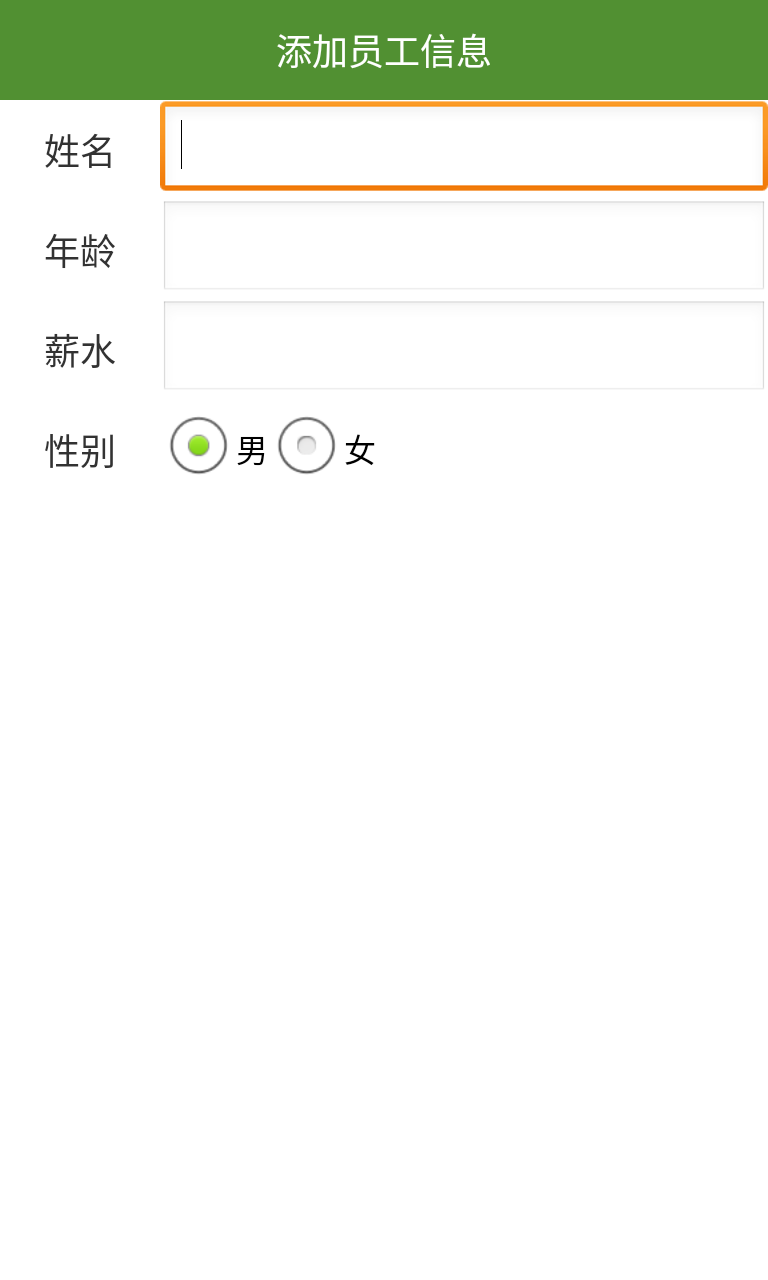
Repository: xuelang201201/Android
Layout: Android网络/android_day03_ems/res/layout/activity_add_emp.xml
These files come from the project's save history. The layout is drawn as it stood at one moment and after a run of saves; the edit follows.
It is drawn on a 768 x 1280 px phone screen (xhdpi) without system bars, with theme android:Theme.Light.NoTitleBar; the app's code is not run.

Above is the layout before, as saved 2016-03-02 08:59:14.

After the next 2 saves:
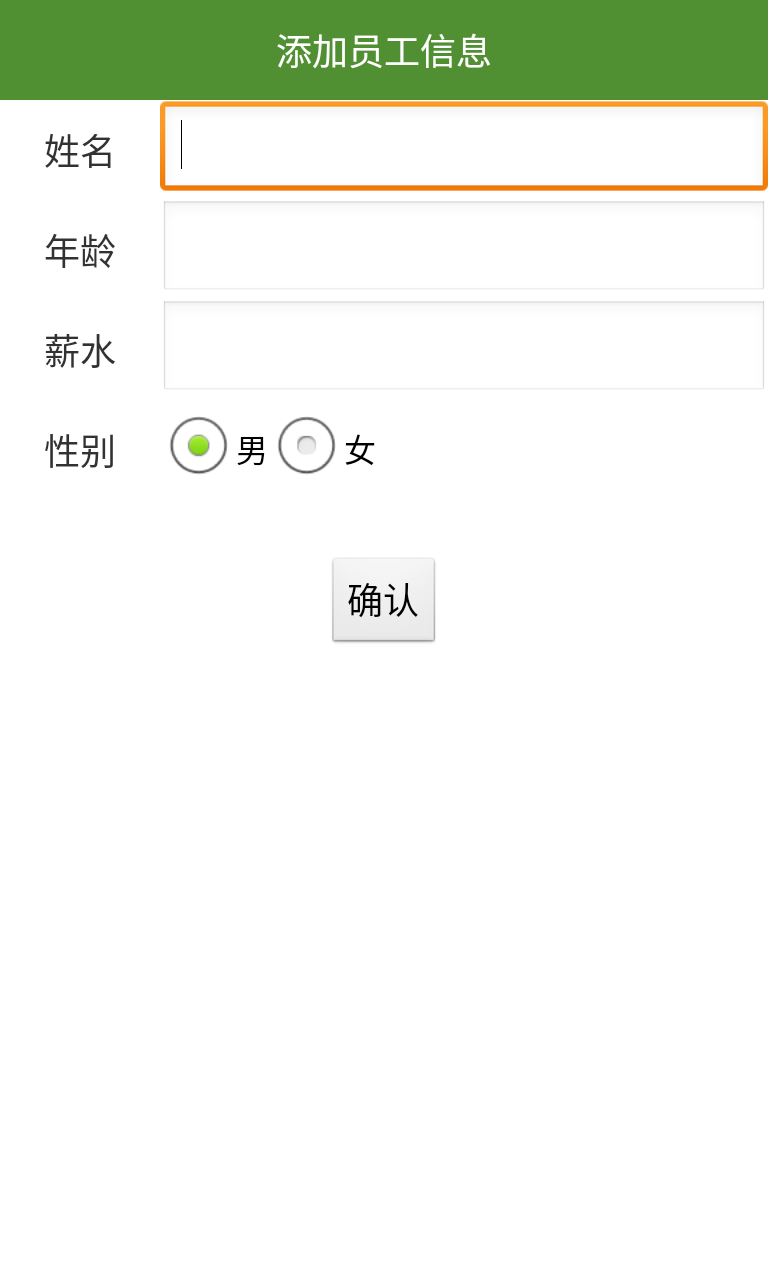
The 2 saves are shown as one change because they came seconds apart.
The last was saved 2 min 16 s later.
--- a/Android网络/android_day03_ems/res/layout/activity_add_emp.xml
+++ b/Android网络/android_day03_ems/res/layout/activity_add_emp.xml
@@ -84,8 +84,8 @@
         android:layout_width="wrap_content"
         android:layout_height="wrap_content"
         android:layout_below="@+id/tv_add_emp_salary"
-        android:orientation="horizontal"
-        android:layout_toRightOf="@+id/tv_add_emp_salary" >
+        android:layout_toRightOf="@+id/tv_add_emp_salary"
+        android:orientation="horizontal" >
 
         <RadioButton
             android:id="@+id/radio_M"
@@ -111,4 +111,14 @@
         android:text="性别"
         android:textSize="18sp" />
 
+    <Button
+        android:id="@+id/btn_confirm"
+        android:layout_width="wrap_content"
+        android:layout_height="wrap_content"
+        android:layout_below="@+id/tv_add_emp_gender"
+        android:layout_centerHorizontal="true"
+        android:layout_marginTop="28dp"
+        android:text="确认"
+        android:textSize="18sp" />
+
 </RelativeLayout>
